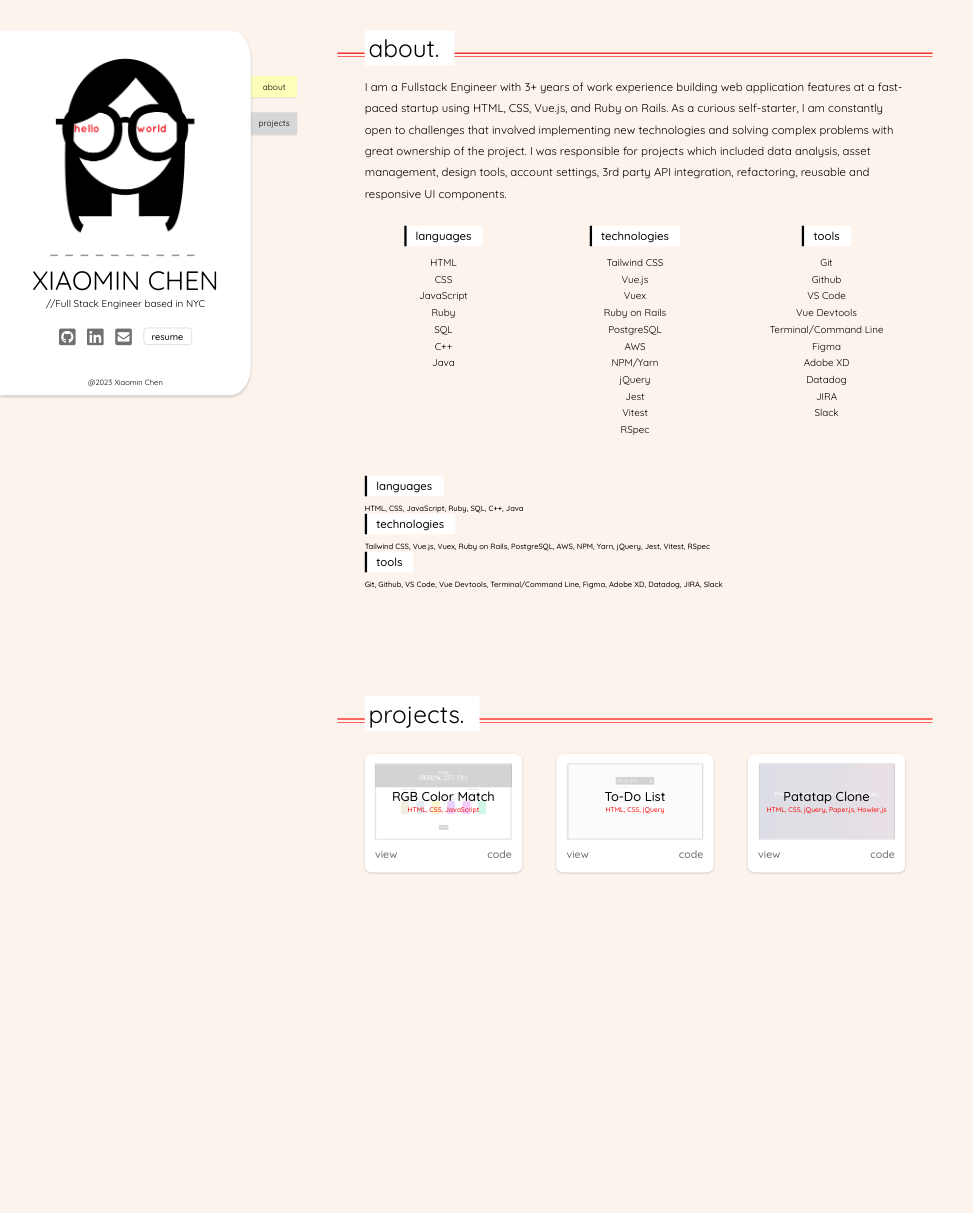
Repository: xchen136/xchen136.github.io
Page: index.html
These files come from the project's save history. The page is drawn as it stood at one moment and after the next save; the edit follows.
The browser window is 1280 px wide. The pictures show the whole page, at 76% of full size.
Some web libraries are served in a nearby version. The style sheet was rebuilt from its Sass, Less or Tailwind sources for each picture, by a compiler version that may differ from the author's.

Above is the page before, as saved 2023-04-08 13:22:55.

### index.html
<!DOCTYPE html>
<html lang="en">
<head>
	<meta charset="UTF-8">
	<meta name="viewport" content="width=device-width, initial-scale=1.0">
	<link rel="stylesheet" href="css/style.css">
	<link rel="shortcut icon" type="image/png" href="img/icon/favicon-32.png">
	<link rel="stylesheet" href="https://fonts.googleapis.com/css?family=Quicksand:300,400,500,700&display=swap">
	<link rel="stylesheet" href="https://use.fontawesome.com/releases/v5.8.1/css/all.css">
	<script src="https://code.jquery.com/jquery-3.6.4.min.js" integrity="sha256-oP6HI9z1XaZNBrJURtCoUT5SUnxFr8s3BzRl+cbzUq8=" crossorigin="anonymous"></script>

	<title>Xiaomin Chen</title>
</head>

<body class="main-background">
	<header id="home-header" class="header">
		<div class="header__profile">
			<div class="header__profile-logo-box">
				<img class="header__profile-avatar header__profile-logo"
					 alt="xiaomin's cartoon avatar"
					 srcset="img/avatar/cartoon_avatar-1x.png 1x, img/avatar/cartoon_avatar-2x.png 2x"
					 src="img/avatar/cartoon_avatar-2x.png">

				<img class="header__profile-avatar header__profile-photo"
					 alt="xiaomin's photo"
					 srcset="img/avatar/portrait_avatar-1x.jpg 1x, img/avatar/portrait_avatar-2x.jpg 2x"
					 src="img/avatar/portrait_avatar-2x.jpg">
			</div>

			<div class="header__divider-box">
				<div class="header__divider-line"></div>
			</div>

			<div class="header__content">
				<h1 class="heading-primary">
					<div class="heading-primary--main">Xiaomin Chen</div>
					<div class="heading-primary--sub">//Full Stack Engineer based in NYC</div>
				</h1>

				<div class="header__profileLinks">
					<a class="header__profileItem" href="https://github.com/xchen136" target="_blank"><i class="fab fa-github-square"></i></a>

					<a class="header__profileItem" href="https://www.linkedin.com/in/xchen136" target="_blank"><i class="fab fa-linkedin"></i></a>

					<!-- <a class="header__profileItem" href="https://www.instagram.com/wata.hia/" target="_blank"><i class="fab fa-instagram"></i></a> -->

					<a class="header__profileItem header__profileItem--email" tooltip="click to copy email">
						<i class="fas fa-envelope-square"></i>
					</a>

					<span class="header__btn-resume">
						<a href="Xiaomin_Chen_Resume.pdf" download>resume</a>
					</span>
				</div>

				<footer class="footer--home">@2023 Xiaomin Chen</footer>
			</div>
		</div>

		<nav id="home-nav" class="section-tab">
			<ul>
				<li class="section-tab__item section-tab__item--about"><a class="section-tab__link" href="#about">about</a></li>
				<!-- <li class="section-tab__item section-tab__item--design"><a class="section-tab__link" href="#design">design</a></li> -->
				<li class="section-tab__item section-tab__item--develop"><a class="section-tab__link" href="#projects">projects</a></li>
			</ul>
		</nav>
	</header>

	<main class="content">
		<section id="about" class="section-about">

			<div class="section-title">
				<div class="section-title__divider"></div>
				<h2 class="heading-secondary heading-secondary--sectionTitle">about.</h2>
			</div>

			<p class="section-about__summary">I am a Fullstack Engineer with 3+ years of work experience building web application features at a fast-paced startup using HTML, CSS, Vue.js, and Ruby on Rails.
				As a curious self-starter, I am constantly open to challenges that involved implementing new technologies and solving complex problems with great ownership of the project.
				I was responsible for projects which included data analysis, asset management, design tools, account settings, 3rd party API integration, refactoring, reusable and responsive UI components. </p>

			<div class="skill-box-row skill-box row">
				<div class="col-1-of-3">
					<!-- <img class="icon"
						 alt="icon for languages"
						 srcset="img/icon/icon-tech-1x.png 1x, img/icon/icon-tech-2x.png 2x"
						 src="img/icon/icon-tech-2x.png"> -->

					<h3 class="heading-tertiary skill-title">Languages</h3>
					<ul class="skill">
						<li class="skill__item">HTML</li>
						<li class="skill__item">CSS</li>
						<li class="skill__item">JavaScript</li>
						<li class="skill__item">Ruby</li>
						<li class="skill__item">SQL</li>
						<li class="skill__item">C++</li>
						<li class="skill__item">Java</li>
					</ul>
				</div>
				<div class="col-1-of-3">
					<!-- <img class="icon"
						 alt="icon for technology"
						 srcset="img/icon/icon-tech-1x.png 1x, img/icon/icon-tech-2x.png 2x"
						 src="img/icon/icon-tech-2x.png"> -->

					<h3 class="heading-tertiary skill-title">Technologies</h3>
					<ul class="skill">
						<li class="skill__item">Tailwind CSS</li>
						<li class="skill__item">Vue.js</li>
						<li class="skill__item">Vuex</li>
						<li class="skill__item">Ruby on Rails</li>
						<li class="skill__item">PostgreSQL</li>
						<li class="skill__item">AWS</li>
						<li class="skill__item">NPM/Yarn</li>
						<li class="skill__item">jQuery</li>
						<li class="skill__item">Jest</li>
						<li class="skill__item">Vitest</li>
						<li class="skill__item">RSpec</li>
					</ul>
				</div>
				<div class="col-1-of-3">
					<!-- <img class="icon"
						 alt="icon for tool"
						 srcset="img/icon/icon-tool-1x.png 1x, img/icon/icon-tool-2x.png 2x"
						 src="img/icon/icon-tool-2x.png"> -->
					<h3 class="heading-tertiary skill-title">Tools</h3>
					<ul class="skill">
						<li class="skill__item">Git</li>
						<li class="skill__item">Github</li>
						<li class="skill__item">VS Code</li>
						<li class="skill__item">Vue Devtools</li>
						<li class="skill__item">Terminal/Command Line</li>
						<li class="skill__item">Figma</li>
						<li class="skill__item">Adobe XD</li>
						<li class="skill__item">Datadog</li>
						<li class="skill__item">JIRA</li>
						<li class="skill__item">Slack</li>
					</ul>
				</div>
				<!-- <div class="col-1-of-3">
					<img class="icon"
						 alt="icon for design"
						 srcset="img/icon/icon-design-1x.png 1x, img/icon/icon-design-2x.png 2x"
					     src="img/icon/icon-design-2x.png">
					<h3 class="heading-tertiary skill-title">Design</h3>
					<ul class="skill">
						<li class="skill__item">Logo</li>
						<li class="skill__item">Poster</li>
						<li class="skill__item">Brochure</li>
						<li class="skill__item">Application</li>
						<li class="skill__item">Website</li>
					</ul>
				</div> -->
			</div>

			<div class="skill-box-col">
				<div class="skill-box-col__section">
					<h3 class="heading-tertiary skill-title">Languages</h3>
					<div class="skill-box-col__list">
						HTML, CSS, JavaScript, Ruby, SQL, C++, Java
					</div>
				</div>
				<div class="skill-box-col__section">
					<h3 class="heading-tertiary skill-title">Technologies</h3>
					<div class="skill-box-col__list">Tailwind CSS, Vue.js, Vuex, Ruby on Rails, PostgreSQL, AWS, NPM, Yarn, jQuery, Jest, Vitest, RSpec</div>
				</div>
				<div class="skill-box-col__section">
					<h3 class="heading-tertiary skill-title">Tools</h3>
					<div class="skill-box-col__list">Git, Github, VS Code, Vue Devtools, Terminal/Command Line, Figma, Adobe XD, Datadog, JIRA, Slack</div>
				</div>
			</div>
		</section>

		<!-- Jumping to <section> fail to change section-tab color to yellow, so will jump to id="design" class="locator" -->
		<!-- <section class="section-design">
			<div id="design" class="locator"></div>

			<div class="section-title">
				<div class="section-title__divider section-title__divider--long"></div>
				<h2 class="heading-secondary heading-secondary--sectionTitle">design.</h2>
			</div>

			<div class="section-design__content">
				<div class="row">
					<div class="col-1-of-4">
						<a href="design-chopstick.html">
							<div class="design-cover">
								<img class="design-cover__img"
									 alt="cropped cover for chopstick expedition's booklet design"
									 srcset="img/design-cover/chopstick-1x.jpg 1x, img/design-cover/chopstick-2x.jpg 2x"
									 src="img/design-cover/chopstick-2x.jpg">

								<div class="design-cover__content">
									<div class="design-cover__title">
										<p class="design-cover__title--main">Chopstick</p>
										<p class="design-cover__title--sub">Booklet</p>
									</div>
								</div>
							</div>
						</a>
					</div>
					<div class="col-1-of-4">
						<a href="design-yusaku.html">
							<div class="design-cover">
								<img class="design-cover__img"
									 alt="cropped cover for kamekura yusaku's design project"
									 srcset="img/design-cover/yusaku-eblast-1x.jpg 1x,
									         img/design-cover/yusaku-eblast-2x.jpg 2x"
								 	 src="img/design-cover/yusaku-eblast-2x.jpg">

								<div class="design-cover__content">
									<div class="design-cover__title">
										<p class="design-cover__title--main">Yusaku</p>
										<p class="design-cover__title--sub">Poster + Flyer</p>
									</div>
								</div>
							</div>
						</a>
					</div>
					<div class="col-1-of-4">
						<a href="design-ohny.html">
							<div class="design-cover">
								<img class="design-cover__img"
									 alt="cropped cover for open house new york's brochure design"
									 srcset="img/design-cover/ohny-1x.jpg 1x, img/design-cover/ohny-2x.jpg 2x"
									 src="img/design-cover/ohny-2x.jpg">

								<div class="design-cover__content">
									<div class="design-cover__title">
										<p class="design-cover__title--main">OHNY</p>
										<p class="design-cover__title--sub">Brochure</p>
									</div>
								</div>
							</div>
						</a>
					</div>
					<div class="col-1-of-4">
						<a href="design-metrofare.html">
							<div class="design-cover">
								<img class="design-cover__img"
									 alt="cropped cover for metrofare refill's app interface design"
									 srcset="img/design-cover/metrofare-refill-1x.jpg 1x,
									      img/design-cover/metrofare-refill-2x.jpg 2x"
									 src="img/design-cover/metrofare-refill-2x.jpg">

								<div class="design-cover__content">
									<div class="design-cover__title">
										<p class="design-cover__title--main">MetroFare Refill</p>
										<p class="design-cover__title--sub">App Interface</p>
									</div>
								</div>
							</div>
						</a>
					</div>
				</div>

				<div class="row">
					<div class="col-1-of-4">
						<a href="design-forest.html">
							<div class="design-cover">
								<img class="design-cover__img"
									 alt="cropped cover for the forest's movie poster design"
								     srcset="img/design-cover/the-forest-1x.jpg 1x, img/design-cover/the-forest-2x.jpg 2x"
								     src="img/design-cover/the-forest-2x.jpg">

								<div class="design-cover__content">
									<div class="design-cover__title">
										<p class="design-cover__title--main">The Forest</p>
										<p class="design-cover__title--sub">Poster</p>
									</div>
								</div>
							</div>
						</a>
					</div>
					<div class="col-1-of-4">
						<a href="design-sexualOffense.html">
							<div class="design-cover">
								<img class="design-cover__img"
									 alt="cropped cover for sexual offense's data visualization poster design"
									 srcset="img/design-cover/sexual-offense-1x.jpg 1x,
									 		 img/design-cover/sexual-offense-2x.jpg 2x"
									 src="img/design-cover/sexual-offense-2x.jpg">
								<div class="design-cover__content">
									<div class="design-cover__title">
										<p class="design-cover__title--main">Sexual Offense</p>
										<p class="design-cover__title--sub">Poster</p>
									</div>
								</div>
							</div>
						</a>
					</div>
					<div class="col-1-of-4">
						<a href="design-skyscraper.html">
							<div class="design-cover">
								<img class="design-cover__img"
									 alt="cropped cover for walking skyscraper's typography poster design"
									 srcset="img/design-cover/walking-skyscraper-1x.jpg 1x,
									 		 img/design-cover/walking-skyscraper-2x.jpg 2x"
									 src="img/design-cover/walking-skyscraper-2x.jpg">
								<div class="design-cover__content">
									<div class="design-cover__title">
										<p class="design-cover__title--main">Skyscraper</p>
										<p class="design-cover__title--sub">Poster</p>
									</div>
								</div>
							</div>
						</a>
					</div>
					<div class="col-1-of-4">
						<a href="design-superstudio.html">
							<div class="design-cover">
								<img class="design-cover__img"
									 alt="cropped cover for superstudio's world vision visual identity design"
									 srcset="img/design-cover/superstudio-1x.png 1x, img/design-cover/superstudio-2x.png 2x"
									 src="img/design-cover/superstudio-2x.png">
								<div class="design-cover__content">
									<div class="design-cover__title">
										<p class="design-cover__title--main">Superstudio</p>
										<p class="design-cover__title--sub">Logo</p>
									</div>
								</div>
							</div>
						</a>
					</div>
				</div>
			</div>


		</section> -->

		<section class="section-develop"> <!-- section-tab won't change to yellow when it jumps to this location-->

			<!-- to jump to a nice looking location-->
			<div id="projects" class="locator"></div>

			<div class="section-title">
				<div class="section-title__divider"></div>
				<h2 class="heading-secondary heading-secondary--sectionTitle">projects.</h2>
			</div>

			<div class="row">
				<div class="col-1-of-3 col-1-of-1">
					<div class="develop-cover">
						<div class="develop-cover__content">
							<img class="develop-cover__img"
								 alt="cover for the rgb color match coding project"
								 srcset="img/develop-cover/rgb-game-1x.png 1x, img/develop-cover/rgb-game-2x.png 2x"
								 src="img/develop-cover/rgb-game-2x.png">

							<div class="develop-cover__title">
								<p class="develop-cover__title--main">RGB Color Match</p>
								<p class="develop-cover__title--sub">HTML, CSS, JavaScript</p>
							</div>
						</div>

						<div class="develop-cover__btns">
							<a class="develop-cover__link develop-cover__link--left" href="coding-project/rgb-game/RGBgame.html" target="_blank">view</a>
							<a class="develop-cover__link develop-cover__link--right" href="https://github.com/xchen136/RGB-Color-Match" target="_blank">code</a>
						</div>
					</div>
				</div>

				<div class="col-1-of-3 col-1-of-1">
					<div class="develop-cover">
						<div class="develop-cover__content">
							<img class="develop-cover__img"
								 alt="cover for the todo list coding project"
								 srcset="img/develop-cover/todo-list-1x.png 1x, img/develop-cover/todo-list-2x.png 2x"
								 src="img/develop-cover/todo-list-2x.png">


							<div class="develop-cover__title">
								<p class="develop-cover__title--main">To-Do List</p>
								<p class="develop-cover__title--sub">HTML, CSS, jQuery</p>
							</div>
						</div>

						<div class="develop-cover__btns">
							<a class="develop-cover__link develop-cover__link--left" href="coding-project/todo-list/todo.html" target="_blank">view</a>
							<a class="develop-cover__link develop-cover__link--right" href="https://github.com/xchen136/To-do-List" target="_blank">code</a>
						</div>
					</div>
				</div>

				<div class="col-1-of-3 col-1-of-1">
					<div class="develop-cover">
						<div class="develop-cover__content">
							<img class="develop-cover__img"
								 alt="cover for the patatap coding project"
								 srcset="img/develop-cover/patatap-1x.png 1x, img/develop-cover/patatap-2x.png 2x"
								 src="img/develop-cover/patatap-2x.png">

							<div class="develop-cover__title">
								<p class="develop-cover__title--main">Patatap Clone</p>
								<p class="develop-cover__title--sub">HTML, CSS, jQuery, Paper.js, Howler,js</p>
							</div>
						</div>

						<div class="develop-cover__btns">
							<a class="develop-cover__link develop-cover__link--left" href="coding-project/patatap-clone/patatap.html" target="_blank">view</a>
							<a class="develop-cover__link develop-cover__link--right" href="https://github.com/xchen136/Patatap-Clone" target="_blank">code</a>
						</div>
					</div>
				</div>
			</div>

			<div class="row">
				<!-- <div class="col-1-of-3 col-1-of-1">
					<div class="develop-cover">
						<div class="develop-cover__content">
							<img class="develop-cover__img"
								 alt="cover for the step counting data visualization coding project"
								 srcset="img/develop-cover/step-counting-1x.png 1x,
								 		 img/develop-cover/step-counting-2x.png 2x"
								 src="img/develop-cover/step-counting-2x.png">

							<div class="develop-cover__title">
								<p class="develop-cover__title--main">Data Visualization</p>
								<p class="develop-cover__title--sub">HTML, CSS, jQuery, D3.js</p>
							</div>
						</div>

						<div class="develop-cover__btns">
							<a class="develop-cover__link develop-cover__link--left" href="coding-project/step-counting/step-counting.html" target="_blank">view</a>
							<a class="develop-cover__link develop-cover__link--right" href="https://github.com/xchen136/Step-Counting-and-Screen-Time" target="_blank">code</a>
						</div>
					</div>
				</div>	 -->

				<!-- <div class="col-1-of-3 col-1-of-1">
					<div class="develop-cover">
						<div class="develop-cover__content">
							<img class="develop-cover__img"
								 alt="cover for the song finder coding project"
								 srcset="img/develop-cover/song-finder-1x.png 1x, img/develop-cover/song-finder-2x.png 2x"
								 src="img/develop-cover/song-finder-2x.png">

							<div class="develop-cover__title">
								<p class="develop-cover__title--main">Song Track Finder</p>
								<p class="develop-cover__title--sub">HTML, CSS, jQuery, last.fm API</p>
							</div>
						</div>

						<div class="develop-cover__btns">
							<a class="develop-cover__link develop-cover__link--left" href="coding-project/song-track-finder/song-track-finder.html" target="_blank">view</a>
							<a class="develop-cover__link develop-cover__link--right" href="https://github.com/xchen136/Song-Track" target="_blank">code</a>
						</div>
					</div>
				</div>	 -->

<!-- 				<div class="col-1-of-3 col-1-of-1">
					<div class="develop-cover">
						<div class="develop-cover__content">
							<img class="develop-cover__img" src="#" alt="image cover for coding project ---">

							<div class="develop-cover__title">
								<p class="develop-cover__title--main">Coming Soon...</p>
								<p class="develop-cover__title--sub">%$#%#I^</p>
							</div>
						</div>

						<div class="develop-cover__btns">
							<a class="develop-cover__link develop-cover__link--left" href="#develop" target="_blank">view</a>
							<a class="develop-cover__link develop-cover__link--right" href="#develop" target="_blank">code</a>
						</div>
					</div>
				</div>	 -->
			</div>
		</section>

		<section class="section-contact"></section>
	</main>

	<script type="text/javascript" src="js/homepage.js"></script>
</body>
</html>

### sass/main.scss


@import "abstracts/mixins";
@import "abstracts/variables";

@import "base/animations";
@import "base/base";
@import "base/typography";
@import "base/utilities";

@import "components/autoSlide";
@import "components/card";
@import "components/design-cover";
@import "components/develop-cover";
@import "components/scroll-indicator";
@import "components/section-title";

@import "layout/design-content";
@import "layout/design-nav";
@import "layout/footer";
@import "layout/grid";
@import "layout/header";
@import "layout/section-tab";

@import "pages/home";

### sass/base/_utilities.scss

.u-margin-bottom-mini{
	margin-bottom: 1rem !important;
}

### sass/pages/_home.scss

.main-background{
	position: relative;
	background-color: $color-primary;
}


.content{
	position: absolute;
	top: 0;
	right: 0;

	@include respond(big-tab-port){
		position: static;
		width: 100% !important;
	}
}


.section-about,
.section-design,
.section-develop{
	width: 80%;
	margin: 0 auto;

	@include respond(sm-phone){
		width: 85%;
	}
}


.section-about{
	padding-top: 4rem;

	@include respond(sm-phone){
		padding-top: 10rem;
	}

	&__summary{
		font-size: 1.5rem;
		line-height: 2.8rem;
		font-weight: 400;

		@include respond(big-tab-land){
			line-height: 2.6rem;
		}

		@include respond(big-tab-port){
			font-size: 2rem;
			line-height: 3.7rem;
		}

		@include respond(big-phone){
			font-size: 2.3rem;
			line-height: 5rem;
		}

		@include respond(sm-phone){
			font-size: 2.5rem;
		}

		@include respond(med-desktop){
			font-size: 1.7em;
			line-height: 3rem;
		}

		@include respond(big-desktop){
			font-size: 1.6rem;
		}
	}


	.skill-box{
		text-align: center;
		margin-top: 4%;

		@include respond(big-tab-port){
			margin-top: 7%;
		}

		@include respond(sm-phone){
			margin-top: 10%;
			display: none;
		}
	}

	.skill-box-row{
		@include respond(sm-phone){
			display: none;
		}
	}

	.skill-box-col{
		@include respond(sm-phone){
			display: none;
		}

		&__list {
			@include respond(sm-phone){
				display: block;
				font-size: 2.5rem;
				font-weight: 400;
				padding: 0 10px;
			}
		}
	}

	.icon{
		display: block;
		width: 11rem;
		margin: 0 auto;
		margin-bottom: 1rem;

		@include respond(big-tab-land){
			width: 10rem;
		}

		@include respond(big-tab-port){
			width: 14rem;
			margin-bottom: 2rem;
		}

		@include respond(sm-phone){
			width: 10rem;
		}
	}

	.skill-title{
		display: inline-block;
		width: max-content;
		padding: .4rem 1.5rem .4rem 1.2rem;
		margin-bottom: 1rem;
		background-color: #ffffff;
		border-left: 3px solid #000000;

		font-size: 1.5rem;
		font-weight: 500;
		text-transform: lowercase;

		@include respond(big-tab-land){
			padding-left: 1.25rem;
			border-left: 2.5px solid #000000;
		}

		@include respond(sm-tab-land){
			padding: .5rem 1.5rem .5rem 1.25rem;
		}

		@include respond(big-tab-port){
			font-size: 2rem;
			padding: .6rem 1.5rem;
			margin-bottom: 1.5rem;
			border-top: 2px solid #000000;
			border-left: 0;
		}

		@include respond(big-phone){
			font-size: 2.3rem;
		}

		@include respond(sm-phone){
			border-top: 1px solid #000000;
		}

		@include respond(med-desktop){
			font-size: 1.6rem;
		}
	}


	.skill{
		font-size: 1.3rem;
		line-height: 2.2rem;
		font-weight: 400;

		@include respond(big-tab-land){
			line-height: 2.1rem;
		}

		@include respond(big-tab-port){
			font-size: 1.8rem;
			line-height: 3.3rem;
		}

		@include respond(big-phone){
			font-size: 2rem;
			line-height: 3.5rem;
		}

		@include respond(sm-phone){
			font-size: 1.9rem;
			line-height: 3.1rem;
		}

		@include respond(med-desktop){
			font-size: 1.4rem;
			line-height: 2.3rem;
		}
	}
}


.section-design,
.section-develop{
	padding-top: 10rem;		//expand the top for nav tab to change color before reaching the title
}


.section-develop{
	height: 100vh;
	margin-bottom: 10rem;

	@include respond(big-tab-port){
		height: auto;
	}
}


.section-design__content{
	width: 100%;
	position: relative;
}


//section-tab target location
.locator{
	width: 100%;
	height: 4rem;
}

Loaded but not shown: js/homepage.js (65 lines, source omitted); sass/layout/_header.scss (326 lines, source omitted); sass/layout/_grid.scss (164 lines, source omitted); sass/layout/_design-content.scss (205 lines, source omitted); sass/components/_develop-cover.scss (183 lines, source omitted); sass/base/_typography.scss (167 lines, source omitted); sass/abstracts/_mixins.scss (92 lines, source omitted); sass/components/_design-cover.scss (126 lines, source omitted); sass/layout/_design-nav.scss (135 lines, source omitted); sass/components/_card.scss (103 lines, source omitted); sass/base/_base.scss (57 lines, source omitted); sass/components/_autoSlide.scss (66 lines, source omitted); sass/layout/_section-tab.scss (67 lines, source omitted); sass/components/_section-title.scss (47 lines, source omitted); sass/components/_scroll-indicator.scss (53 lines, source omitted); sass/base/_animations.scss (92 lines, source omitted); sass/abstracts/_variables.scss (32 lines, source omitted); sass/layout/_footer.scss (45 lines, source omitted)

After the next save:
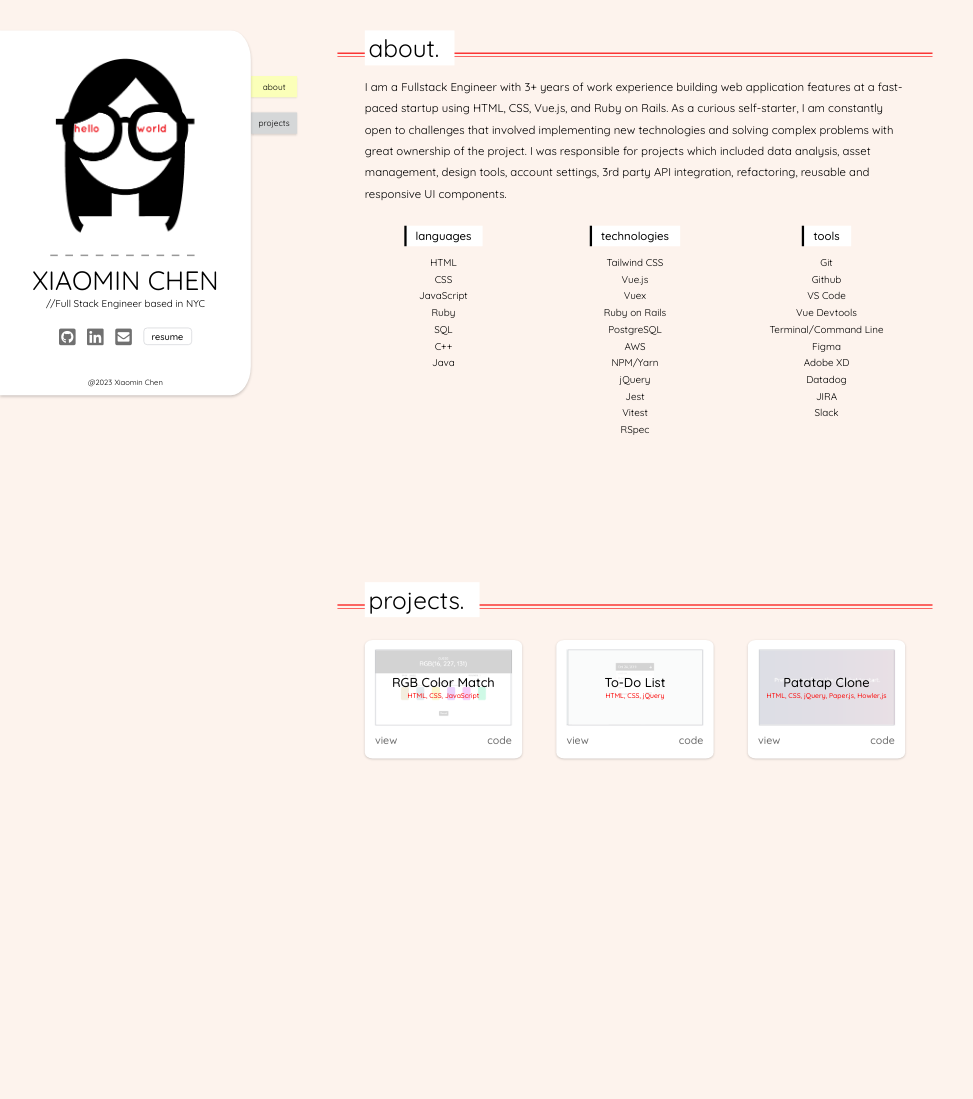
Saved 47 s later.
--- a/sass/pages/_home.scss
+++ b/sass/pages/_home.scss
@@ -91,8 +91,9 @@
 	}
 
 	.skill-box-col{
-		@include respond(sm-phone){
-			display: none;
+		display: none;
+		@include respond(sm-phone){
+			display: block;
 		}
 
 		&__list {
